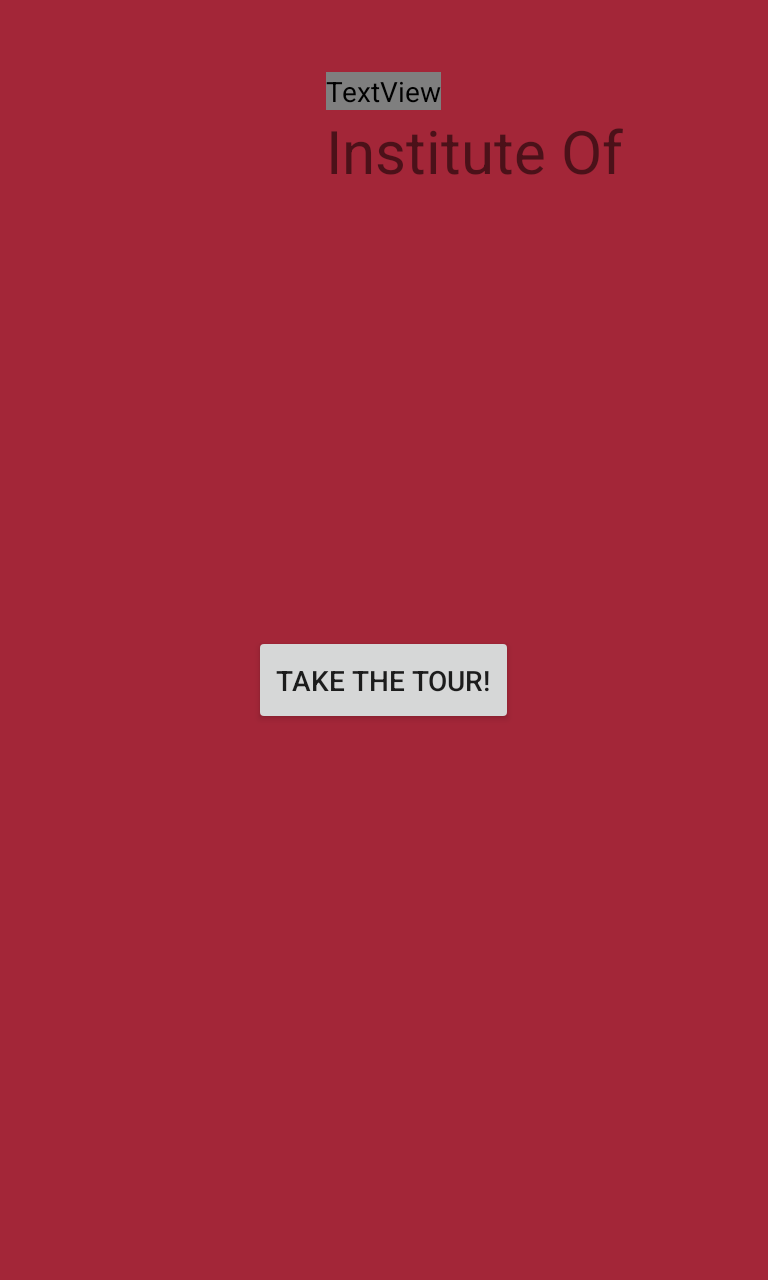
Repository: Klyros/StevensTourApp
Layout: StevensTourApp/res/layout/activity_home_screen.xml
These files come from the project's save history. The layout is drawn as it stood at one moment and after the next save; the edit follows.
Pictures or frames that could not be fetched are drawn as grey boxes. It is drawn on a 768 x 1280 px phone screen (xhdpi) without system bars, with theme AppTheme; the app's code is not run.

Above is the layout before, as saved 2014-08-23 22:58:08.

After the next save:
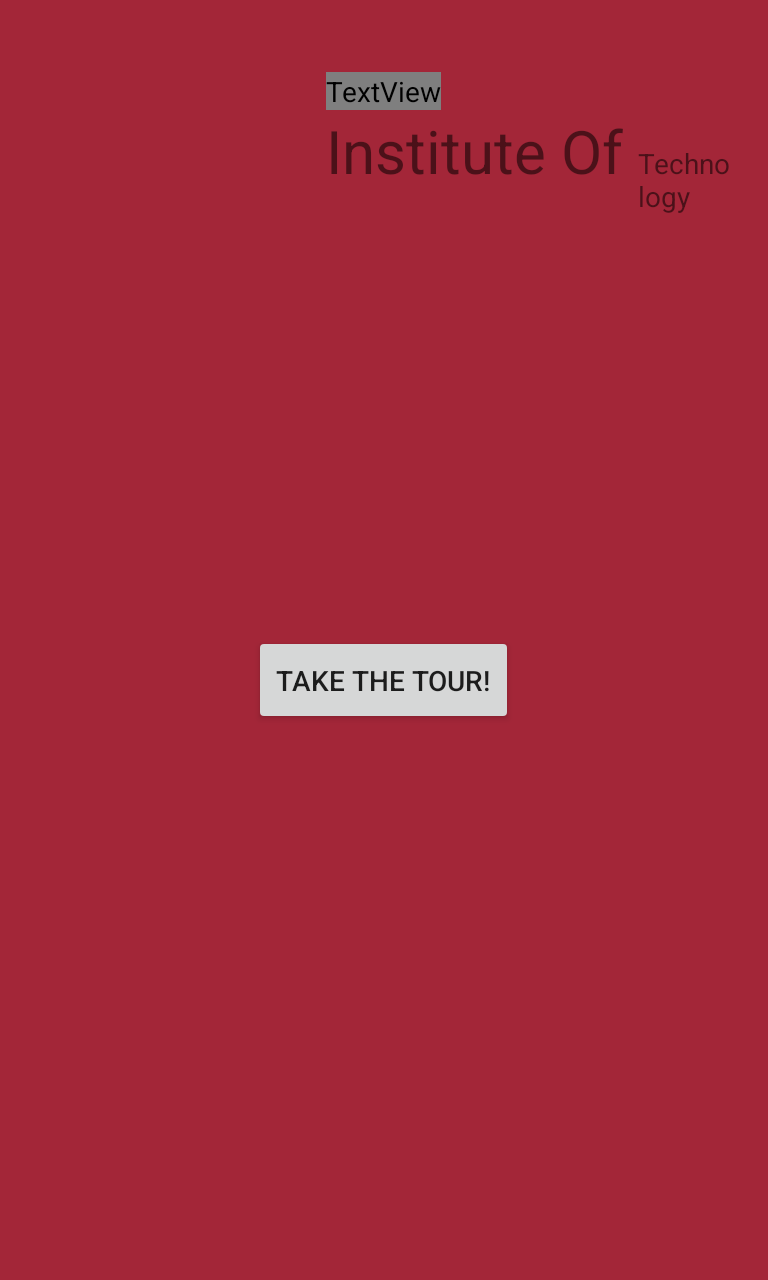
Saved 107 s later.
--- a/StevensTourApp/res/layout/activity_home_screen.xml
+++ b/StevensTourApp/res/layout/activity_home_screen.xml
@@ -47,6 +47,15 @@
             android:layout_alignBottom="@+id/stevensInstitute"
             android:layout_toRightOf="@+id/stevensInstitute"
             android:textSize="30sp"
-            android:text="Of" />
+            android:text="Of " />
+
+        <TextView
+            android:id="@+id/stevensTechnology"
+            android:layout_width="wrap_content"
+            android:layout_height="wrap_content"
+            android:layout_alignBaseline="@+id/stevensOf"
+            android:layout_alignBottom="@+id/stevensOf"
+            android:layout_toRightOf="@+id/stevensOf"
+            android:text="Technology" />
 
 </RelativeLayout>
